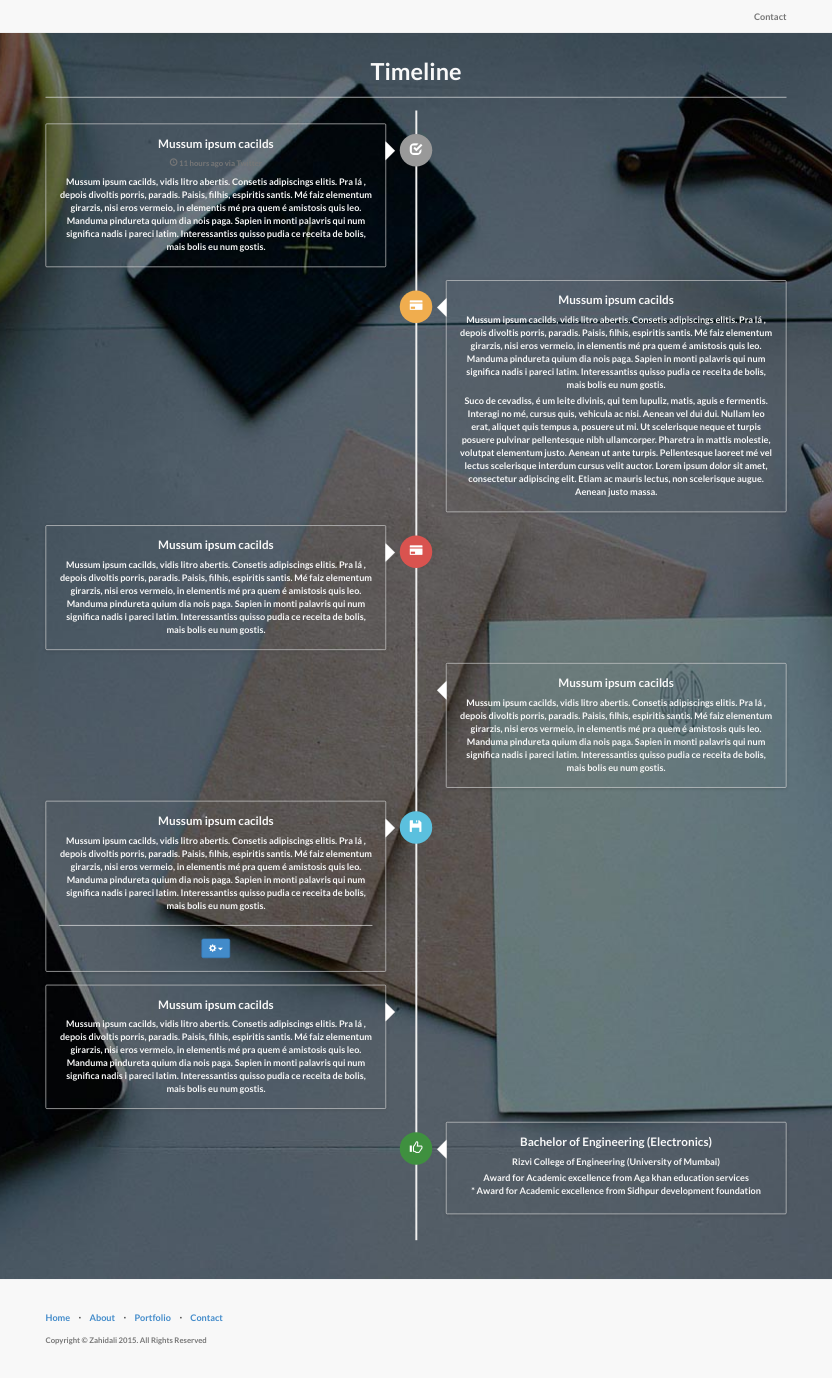
Repository: zahidmak/zahidmak.github.io
Page: portfolio.html
The author's editor kept a record of every edit. The page is drawn from the files as they stood at one moment, then again after the next edit.
The browser window is 1280 px wide. The pictures show the whole page, at 65% of full size.

Above is the page before.

After the next edit:
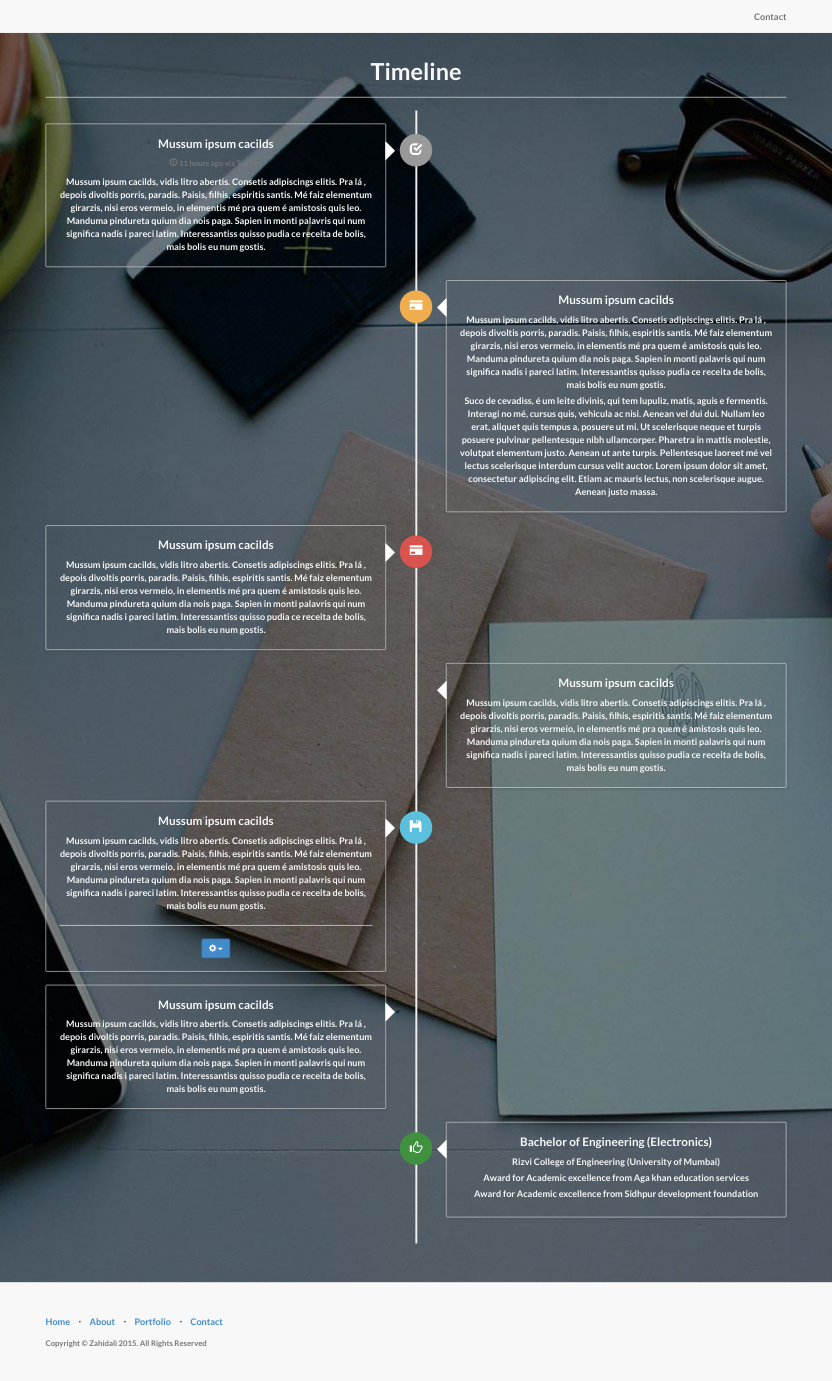
The edit:
--- a/portfolio.html
+++ b/portfolio.html
@@ -173,10 +173,7 @@
                   Rizvi College of Engineering (University of Mumbai)
                   </p>
                   <p><i class="icon-star"></i> Award for Academic excellence from Aga khan education services</p>
-
-
-
-* Award for Academic excellence from Sidhpur development foundation
+                  <p><i class="icon-star"></i>Award for Academic excellence from Sidhpur development foundation</p>
               </p>
             </div>
           </div>
